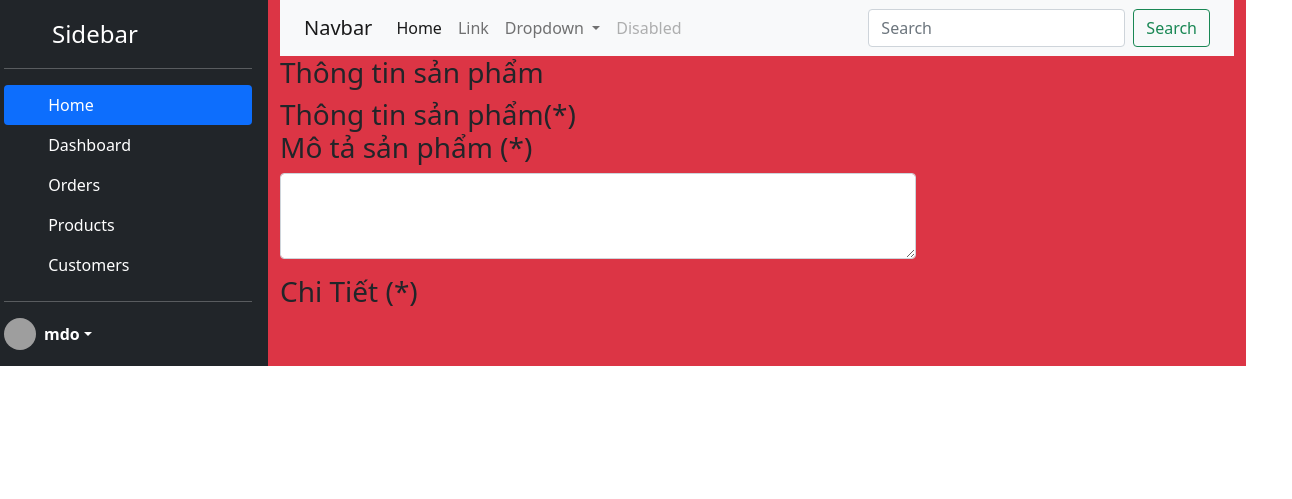
Repository: Lehuyhuynh/BT12-BOOTSTRAP
Page: index.html
An editor plug-in stored every save of this project. The page is shown before and after the next save, followed by the edit.
The browser window is 1280 px wide. The page is 1292 px wide, so the pictures cover 1292 px, including what lies to the right of the window. The pictures show the whole page.
Pictures or frames that could not be fetched are drawn as grey boxes.

Above is the page before, as saved 2023-08-19 22:17:22.

After the next save:
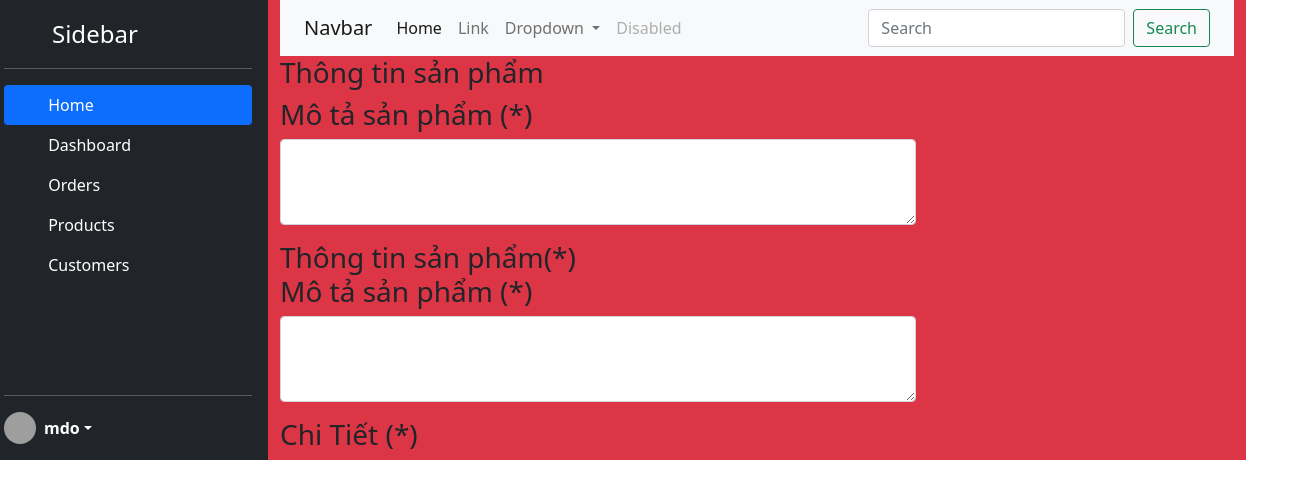
Saved 50 s later.
--- a/index.html
+++ b/index.html
@@ -106,6 +106,11 @@
 
             <div class="product">
 
+              <div class="mb-3">
+                <label for="exampleFormControlTextarea1" class="form-label">Mô tả sản phẩm (*)</label>
+                <textarea class="form-control" id="exampleFormControlTextarea1" rows="3"></textarea>
+              </div>
+
               <span>Thông tin sản phẩm(*)</span><br>
 
               <div class="mb-3">
